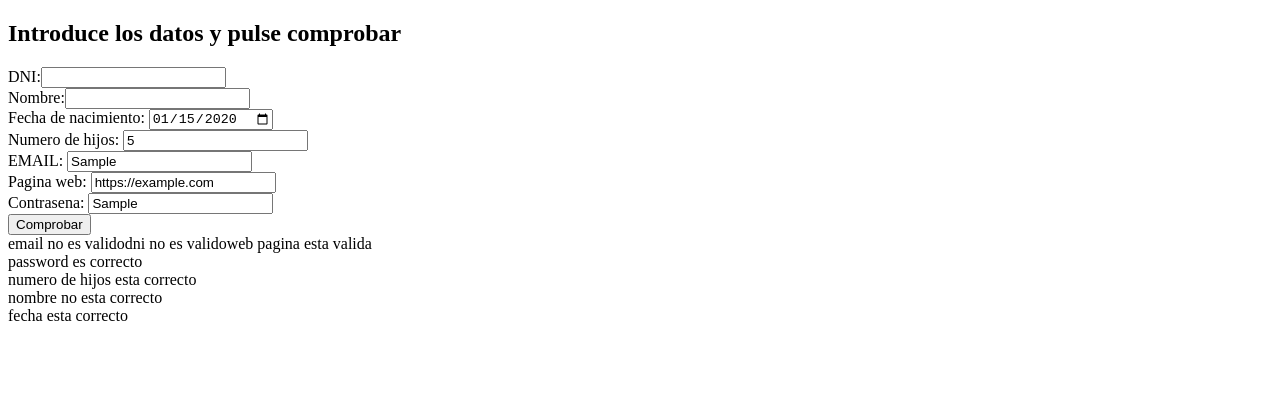
Repository: KoTvTrysaX01/2DAW-Desarrollo-WEB-en-Entorno-Cliente
Page: JAVASCRIPT/UD2/practica5/Actividad1/index.html
These files come from the project's save history. The page is drawn as it stood at one moment and after a run of saves; the edit follows.
The browser window is 1280 px wide. The pictures show the whole page.
Empty fields were first filled with sample values (such as "Sample", 5 or name@example.com).
After loading, the first visible `#registartionForm` was submitted once.

Above is the page before, as saved 2025-11-01 17:12:07.

### JAVASCRIPT/UD2/practica5/Actividad1/index.html
<!DOCTYPE html>
<html>
  <body>
    <h2>Introduce los datos y pulse comprobar</h2>
    <form id = "registartionForm" name="form1" method="post" action="" target=" _blank">
        DNI:<input id="dni" type="text" name="dni" ><br>
        Nombre:<input id="nombre" type="text" name="nombre" ><br>
        Fecha de nacimiento: <input id="fecha" type="date" name="fecha" ><br>
        Numero de hijos: <input type="number" name="hijos" id = "hijos" min = "0"><br>
        EMAIL: <input id = "email" type="text" name="email" ><br>
        Pagina web: <input type="url" name="web" id = "pagina" placeholder="http://www.ejemplo.com" required><br>
        Contrasena: <input type="text" name="contrasena" id = "password" ><br>
        <input type="submit" value = "Comprobar">
    </form>


    <div id="errorMessages"></div>
    <script src="script.js"></script>
  </body>
</html>

### JAVASCRIPT/UD2/practica5/Actividad1/script.js
let form = document.getElementById("registartionForm");
let emailInput = document.getElementById("email");
let error = document.getElementById("errorMessages");
let dni = document.getElementById("dni")
let passw = document.getElementById("password")
let web = document.getElementById("pagina")
let hijos = document.getElementById("hijos")
let nombreInput = document.getElementById("nombre")
let fecha = document.getElementById("fecha")
form.addEventListener("submit", (e) => {
  e.preventDefault();
  const emailForm = emailInput.value.trim();
  const password = passw.value.trim()
  function validEmail(emailForm) {
    return /^[^\s@]+@[^\s@]+\.[a-z]{2,}$/i.test(emailForm);

  }
    function esValido(emailForm) {
      if (validEmail(emailForm)) {
        error.innerHTML = "email  e valido";
      } else {
        error.innerHTML = "email no es valido";
      }
    }
    esValido(emailForm);

    function validarDni(dni) {

      return /^[XYZ]?\d{5,8}[TRWAGMYFPDXBNJZSQVHLCKET]$/.test(dni)
    }
    function esValidoDni() {
      const valor = dni.value.trim();
      if (validarDni(valor)) {
        error.innerHTML += "dni es valido"
      } else {
        error.innerHTML += "dni no es valido"
        dni.value = ""
      }
    }
    esValidoDni()

    function validWeb(url) {
          return /^https?:\/\/(?:www\.)?[a-zA-Z0-9\-]+\.[a-zA-Z]{2,}(?:\/.*)?$/.test(url);
        }
    function esValidoWeb() {
      const urlvalid = web.value.trim()
      if(validWeb(urlvalid)) {
        error.innerHTML +="web pagina esta valida<br>"
      } else {
        error.innerHTML += "web pagina no esta valida<br>"
        web.value = ""

      }
    }
    esValidoWeb()

     function validarContrasena(passwor) {
      var p = passwor.length
      if(p >=8 || p <=10) {
        error.innerHTML += "password es correcto<br>"
      } else {
         error.innerHTML += "password  no es correcto<br>"
         passw.value = ""
      }
     }
     validarContrasena(password)

     function validHijos(hijos) {
      const valorHijos = Number(hijos.value)
      if(isNaN(valorHijos) || valorHijos < 0 || valorHijos > 10) {
        error.innerHTML += "numero de hijos no esta correcto<br>"
         hijos.value = ""

      } else {
         error.innerHTML += "numero de hijos esta correcto<br>"

      }
     }
     validHijos(hijos)
    const nom = nombreInput.value.trim()
     function validNombre(nombres) {
      return /^[a-zA-ZáéíóúÁÉÍÓÚñÑ]{2,40}( [a-zA-ZáéíóúÁÉÍÓÚñÑ]{2,40}){1,3}$/.test(nombres)
     }
     function isvalidNombre(nombres){
      if(validNombre(nombres)) {
         error.innerHTML += "nombre esta correcto<br>"
      } else {
         error.innerHTML += "nombre no esta correcto<br>"
         nombreInput.value = ""
      }
      }
     isvalidNombre(nom)

     const fechaValor = fecha.value.trim();

     function validFecha(fecha) {
          return /^(19|20)\d{2}-(0[1-9]|1[0-2])-(0[1-9]|[12]\d|3[01])$/.test(fecha)
     }
     function esValidFecha(fecha) {
      if (validFecha(fecha)) {
         error.innerHTML += "fecha esta correcto<br>"
      } else {
         error.innerHTML += "fecha no esta correcto<br>"
         fecha.value= ""
      }
     }
     console.log(fechaValor)

     esValidFecha(fechaValor)


});

After the next 4 saves:
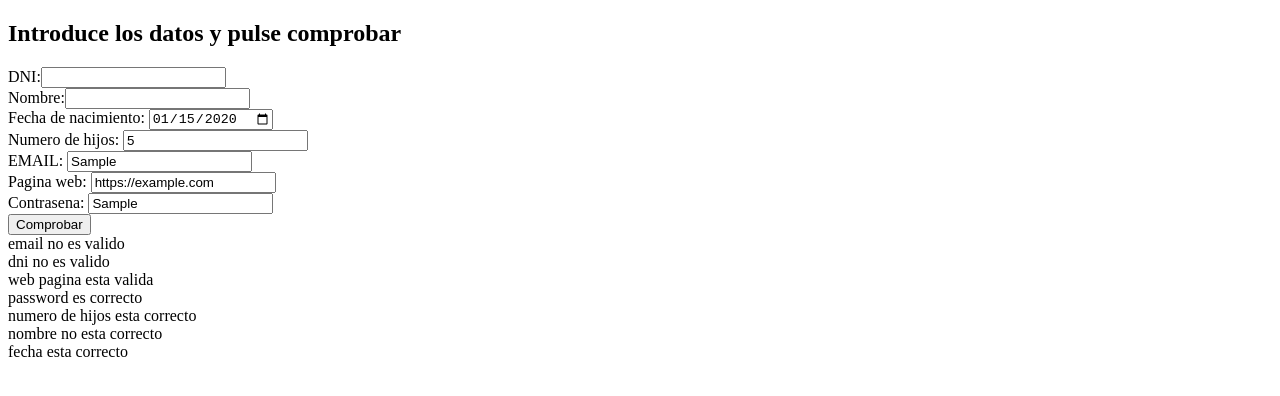
The 4 saves are shown as one change because they came seconds apart.
The last was saved 71 s later.
--- a/JAVASCRIPT/UD2/practica5/Actividad1/script.js
+++ b/JAVASCRIPT/UD2/practica5/Actividad1/script.js
@@ -17,9 +17,9 @@ form.addEventListener("submit", (e) => {
   }
     function esValido(emailForm) {
       if (validEmail(emailForm)) {
-        error.innerHTML = "email  e valido";
+        error.innerHTML = "email  e valido<br>";
       } else {
-        error.innerHTML = "email no es valido";
+        error.innerHTML = "email no es valido<br>";
       }
     }
     esValido(emailForm);
@@ -31,9 +31,9 @@ form.addEventListener("submit", (e) => {
     function esValidoDni() {
       const valor = dni.value.trim();
       if (validarDni(valor)) {
-        error.innerHTML += "dni es valido"
+        error.innerHTML += "dni es valido<br>"
       } else {
-        error.innerHTML += "dni no es valido"
+        error.innerHTML += "dni no es valido<br>"
         dni.value = ""
       }
     }
